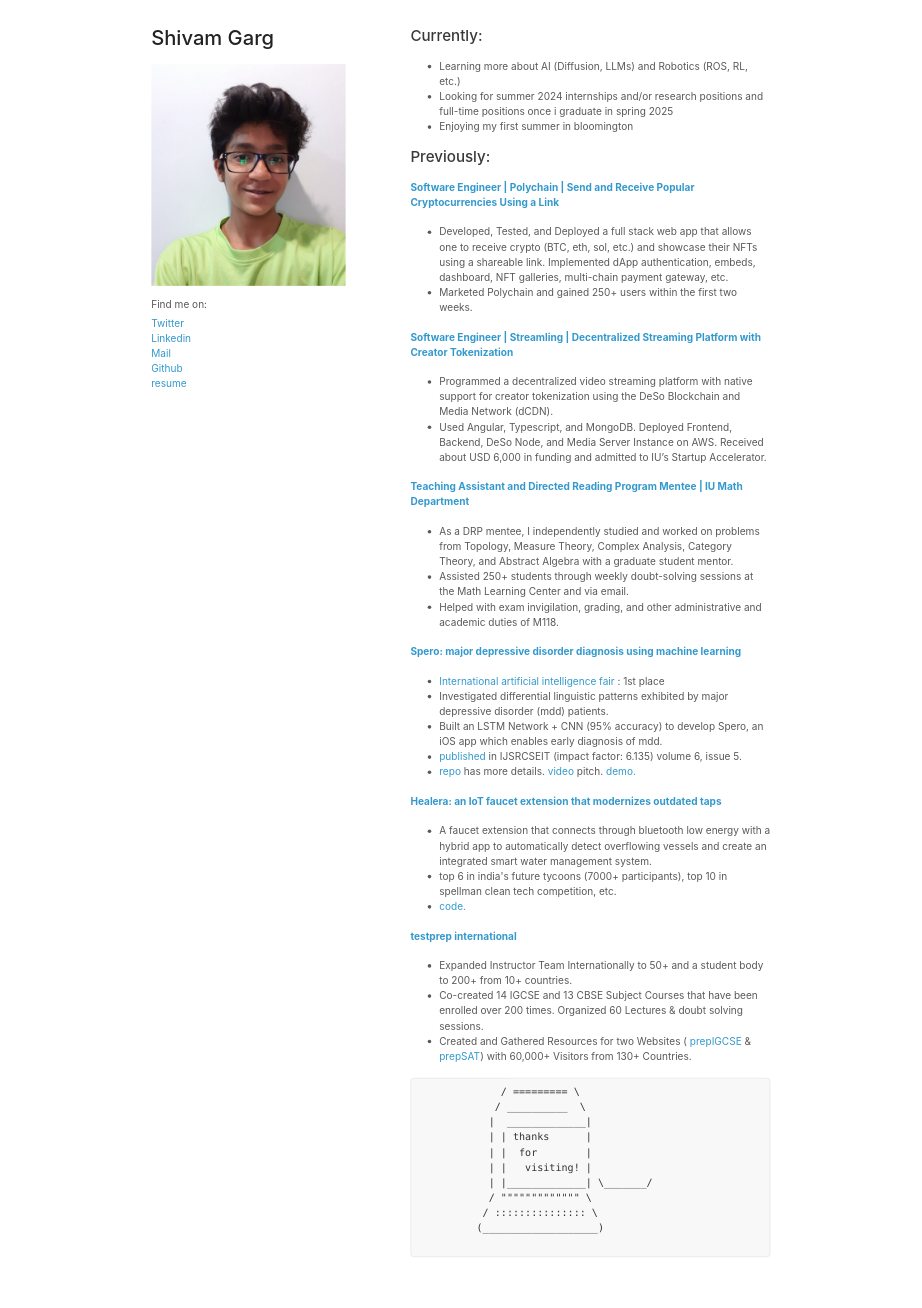
Repository: 22shivam/22shivam.github.io
Page: index.html
These files come from the project's save history. The page is drawn as it stood at one moment and after the next save; the edit follows.
The browser window is 1280 px wide. The pictures show the whole page, at 72% of full size.

Above is the page before, as saved 2024-06-17 19:20:20.

### index.html
<!doctype html>
<html>

<head>
  <meta charset="utf-8">
  <meta http-equiv="X-UA-Compatible" content="chrome=1">
  <title>Shivam Garg</title>

  <link rel="apple-touch-icon" sizes="180x180" href="assets/favicon/apple-touch-icon.png">
  <link rel="icon" type="image/png" sizes="32x32" href="assets/favicon/favicon-32x32.png">
  <link rel="icon" type="image/png" sizes="16x16" href="assets/favicon/favicon-16x16.png">
  <link rel="manifest" href="assets/favicon/site.webmanifest">
  <title>Shivam Garg</title>
  <meta charset="utf-8">
  <meta name="description" content="hi i am shivam! i love making and learning about new things">
  <meta name="keywords" content="Shivam Garg, Shivam, Personal Website, smgarg, Shivam Manish Garg">
  <link rel="author" href="https://plus.google.com/{{googlePlusId}}" />
  <!-- TODO: fix link below -->
  <link rel="canonical" href="/" />
  <meta name="author" content="Shivam Garg">


  <link rel="stylesheet" href="css/styles.css">
  <link rel="stylesheet" href="css/pygment_trac.css">
  <meta name="viewport" content="width=device-width">
  <!--[if lt IE 9]>
    <script src="//html5shiv.googlecode.com/svn/trunk/html5.js"></script>
    <![endif]-->
</head>

<body>
  <div class="wrapper">
    <header>
      <h1>Shivam Garg</h1>
      <img src="assets/publicPhoto.jpeg" alt="Shivam Garg" height="" width="">
      <p style="margin-bottom: 5px; margin-top: 10px;">Find me on:</p>
      <div class="view"><a href="https://twitter.com/smgarg_/" target="_blank">Twitter</a></div>
      <div class="view"><a href="https://www.linkedin.com/in/shivammgarg" target="_blank">Linkedin</a></div>
      <div class="view"><a href="mailto:shivamg2604@gmail.com" target="_blank">Mail</a></div>
      <div class="view"><a href="https://github.com/22shivam/" target="_blank">Github</a></div>
      <div class="view"><a href="/resume.pdf" target="_blank">resume</a></div>

    </header>
    <section>
      <h2>Currently:</h2>

      <ul>
        <li>Learning more about AI (Diffusion, LLMs) and Robotics (ROS, RL, etc.)</li>
        <li>Looking for summer 2024 internships and/or research positions and full-time positions once i graduate in
          spring 2025</li>
        <li>Enjoying my first summer in bloomington</li>
      </ul>


      <h2>Previously:</h2>

      <p><a href="#"><b>Software Engineer | Polychain | Send and Receive Popular Cryptocurrencies Using a Link</b></a>
      </p>
      <ul>
        <li> Developed, Tested, and Deployed a full stack web app that allows one to receive crypto (BTC, eth, sol,
          etc.) and
          showcase their NFTs using a shareable link. Implemented dApp authentication, embeds, dashboard, NFT galleries,
          multi-chain payment gateway, etc. </li>
        <li>Marketed Polychain and gained 250+ users within the first two weeks.</li>
      </ul>

      <p><a href="#"><b>Software Engineer | Streamling | Decentralized Streaming Platform with Creator
            Tokenization</b></a></p>
      <ul>
        <li>Programmed a decentralized video streaming platform with native support for creator tokenization using the
          DeSo
          Blockchain and Media Network (dCDN). </li>
        <li>Used Angular, Typescript, and MongoDB. Deployed Frontend, Backend, DeSo Node, and Media Server Instance on
          AWS. Received about USD 6,000 in funding and admitted to IU’s Startup Accelerator.</li>
      </ul>

      <p><a href="#"><b>Teaching Assistant and Directed Reading Program Mentee | IU Math Department</b></a></p>
      <ul>
        <li>As a DRP mentee, I independently studied and worked on problems from Topology, Measure Theory, Complex
          Analysis, Category Theory, and Abstract Algebra with a graduate student mentor. </li>
        <li>Assisted 250+ students through weekly doubt-solving sessions at the Math Learning Center and via email.</li>
        <li>Helped with exam invigilation, grading, and other administrative and academic duties of M118.</li>
      </ul>

      <p><a href="#"><b>Spero: major depressive disorder diagnosis using machine learning</b></a></p>
      <ul>
        <li><a href="https://www.facebook.com/watch/?v=3315503535234343" target="_blanket">International artificial
            intelligence fair </a>: 1st place</li>
        <li> Investigated differential linguistic patterns exhibited by major depressive disorder (mdd) patients. </li>
        <li> Built an LSTM Network + CNN (95% accuracy) to develop Spero, an iOS app which enables early diagnosis of
          mdd. </li>
        <li> <a href="https://drive.google.com/file/d/13emORumQpy178YOz-o1TLWc3oEMG_0Zk/view?usp=sharing"
            target="_blank">published</a> in IJSRCSEIT (impact factor: 6.135) volume 6, issue 5. </li>
        <li><a href="https://github.com/yumibyte/DepressionAnalysisApp" target="_blank">repo</a> has more details. <a
            href="https://youtu.be/BRpB7O93rG8" target="_blank">video </a>pitch. <a
            href="https://drive.google.com/file/d/1xZBEsI2Kvl0hXr1HkGOkEOxA6GYMHvkU/view?usp=sharing"
            target="_blank">demo.</a></li>
      </ul>

      <p><a href="#"><b>Healera: an IoT faucet extension that modernizes outdated taps</b></a></p>
      <ul>
        <li> A faucet extension that connects through bluetooth low energy with a hybrid app to automatically detect
          overflowing vessels and create an integrated smart water management system. </li>
        <li>top 6 in india's future tycoons (7000+ participants), top 10 in spellman clean tech competition, etc.</li>
        <li><a href="https://create.arduino.cc/editor/shivam26/1d686c51-6e04-4531-b3fc-80d3e8be87ea/preview"
            target="_blank">code.</a> </li>
      </ul>

      <p><a href="https://testprepintl.wixsite.com/testprep" target="_blank"><b>testprep international</b></a></p>
      <ul>
        <li>Expanded Instructor Team Internationally to 50+ and a student body to 200+ from 10+ countries.</li>
        <li>Co-created 14 IGCSE and 13 CBSE Subject Courses that have been enrolled over 200 times. Organized 60
          Lectures & doubt solving sessions. </li>
        <li>Created and Gathered Resources for two Websites ( <a href="https://igcse.school.blog/"
            target="_blank">prepIGCSE</a> & <a href="https://prepsatinfo.wordpress.com/" target="_blank">prepSAT</a>)
          with 60,000+ Visitors from 130+ Countries. </li>
      </ul>

      <!-- <p><a href="https://covidhope.litcot.org/" target="_blank"><b>the covidhope initiative</b></a></p>
      <ul>
        <li>recruited 17 editors and designers for the 216-page anthology and oversaw internal operations.</li>
        <li>released anthology in several online stores.</li>
        <li>recognised by <a
            href="https://www.unmgcy.org/youth-initiatives/2020/9/9/the-covidhope-initiative?fbclid=IwAR1hHeQ0HqLZF7lZqmeBwSabEhB1bpDe8zFZsVwr8dct0wwqOb93iT0AzrM"
            target="_blank">united nations major group for children and youth</a> and WHO's weekly operational update on
          covid-19 (<a
            href="https://www.who.int/publications/m/item/weekly-operational-update-on-covid-19---24-may-2021"
            target="_blank">issue 56</a>, page 7).</li>
      </ul> -->

      <!-- <p><a href="#"><b>this is actually a title placeholder</b></a></p>
        <ul>
            <li>bullet <b>1</b></li>
            <li>bullet 2</li>
            <li>bullet 3</li>
        </ul> -->

      <!-- <h1>essays:</h1>
      &#10024; fun stuff coming soon &#10024;
      <br>
      <br>

      <h1>reading list</h1>
      <ul>
        <li>the psychology of money by morgan housel </li>
        <li>the almanack of naval ravikant by eric jorgenson</li>
      </ul> -->

      <!-- <h1>random:</h1>
          <ul>
            <li>random 1:</li>
            <li>random 2:</li>
            <li>random 3:</li>
          </ul>

          <h1>features:</h1>
          <ul>
            <li>feature 1:</li>
            <li>feature 2:</li>
            <li>feature 3:</li>
          </ul>

          <h1>gallery:</h1>
          <ul>
            <li>feature 1:</li>
            <li>feature 2:</li>
            <li>feature 3:</li>
          </ul> -->




      <pre>
             / ========= \
            / __________  \
           |  _____________|
           | | thanks      |
           | |  for        |
           | |   visiting! |
           | |_____________| \_______/
           / """"""""""""" \
          / ::::::::::::::: \
         (___________________)
        </pre>
    </section>
    <footer>
      <!-- <p><small>Last Updated: August 21, 2021</small></p> -->
    </footer>
  </div>
  <script src="js/scale.fix.js"></script>
</body>

</html>

### css/styles.css
body {
  background-color: #fff;
  padding:30px;
  font: 14px/1.5 -apple-system, BlinkMacSystemFont, "Segoe UI", Roboto, Oxygen, Ubuntu, Cantarell, "Fira Sans", "Droid Sans", "Helvetica Neue", Arial, sans-serif, "Apple Color Emoji", "Segoe UI Emoji", "Segoe UI Symbol";
  color:#595959;
  font-weight:400;
}

h1, h2, h3, h4, h5, h6 {
  color:#222;
  margin:0 0 20px;
}

p, ul, ol, table, pre, dl {
  margin:0 0 20px;
}

h1, h2, h3 {
  line-height:1.1;
}

h1 {
  font-size:28px;
  font-weight: 500;
}

h2 {
  color:#393939;
  font-weight: 500;
}

h3, h4, h5, h6 {
  color:#494949;
  font-weight: 500;
}

a {
  color:#39c;
  text-decoration:none;
}

a:hover {
  color:#069;
}

a small {
  font-size:11px;
  color:#777;
  margin-top:-0.3em;
  display:block;
}

a:hover small {
  color:#777;
}

.wrapper {
  width:860px;
  margin:0 auto;
}

blockquote {
  border-left:1px solid #e5e5e5;
  margin:0;
  padding:0 0 0 20px;
  font-style:italic;
}

code, pre {
  font-family:Monaco, Bitstream Vera Sans Mono, Lucida Console, Terminal, Consolas, Liberation Mono, DejaVu Sans Mono, Courier New, monospace;
  color:#333;
}

pre {
  padding:8px 15px;
  background: #f8f8f8;
  border-radius:5px;
  border:1px solid #e5e5e5;
  overflow-x: auto;
}

table {
  width:100%;
  border-collapse:collapse;
}

th, td {
  text-align:left;
  padding:5px 10px;
  border-bottom:1px solid #e5e5e5;
}

dt {
  color:#444;
  font-weight:500;
}

th {
  color:#444;
}

img {
  max-width:100%;
}

header {
  width:270px;
  float:left;
  position:fixed;
  -webkit-font-smoothing:subpixel-antialiased;
}

header ul {
  list-style:none;
  height:40px;
  padding:0;
  background: #f4f4f4;
  border-radius:5px;
  border:1px solid #e0e0e0;
  width:270px;
}

header li {
  width:89px;
  float:left;
  border-right:1px solid #e0e0e0;
  height:40px;
}

header li:first-child a {
  border-radius:5px 0 0 5px;
}

header li:last-child a {
  border-radius:0 5px 5px 0;
}

header ul a {
  line-height:1;
  font-size:11px;
  color:#999;
  display:block;
  text-align:center;
  padding-top:6px;
  height:34px;
}

header ul a:hover {
  color:#999;
}

header ul a:active {
  background-color:#f0f0f0;
}

strong {
  color:#222;
  font-weight:500;
}

header ul li + li + li {
  border-right:none;
  width:89px;
}

header ul a strong {
  font-size:14px;
  display:block;
  color:#222;
}

section {
  width:500px;
  float:right;
  padding-bottom:50px;
}

small {
  font-size:11px;
}

hr {
  border:0;
  background:#e5e5e5;
  height:1px;
  margin:0 0 20px;
}

footer {
  width:270px;
  float:left;
  position:fixed;
  bottom:50px;
  -webkit-font-smoothing:subpixel-antialiased;
}

@media print, screen and (max-width: 960px) {

  div.wrapper {
    width:auto;
    margin:0;
  }

  header, section, footer {
    float:none;
    position:static;
    width:auto;
  }

  header {
    padding-right:320px;
  }

  section {
    border:1px solid #e5e5e5;
    border-width:1px 0;
    padding:20px 0;
    margin:0 0 20px;
  }

  header a small {
    display:inline;
  }

  header ul {
    position:absolute;
    right:50px;
    top:52px;
  }
}

@media print, screen and (max-width: 720px) {
  body {
    word-wrap:break-word;
  }

  header {
    padding:0;
  }

  header ul, header p.view {
    position:static;
  }

  pre, code {
    word-wrap:normal;
  }
}

@media print, screen and (max-width: 480px) {
  body {
    padding:15px;
  }

  header ul {
    width:99%;
  }

  header li, header ul li + li + li {
    width:33%;
  }
}

@media print {
  body {
    padding:0.4in;
    font-size:12pt;
    color:#444;
  }
}

### css/pygment_trac.css
.highlight  { background: #ffffff; }
.highlight .c { color: #999988; font-style: italic } /* Comment */
.highlight .err { color: #a61717; background-color: #e3d2d2 } /* Error */
.highlight .k { font-weight: bold } /* Keyword */
.highlight .o { font-weight: bold } /* Operator */
.highlight .cm { color: #999988; font-style: italic } /* Comment.Multiline */
.highlight .cp { color: #999999; font-weight: bold } /* Comment.Preproc */
.highlight .c1 { color: #999988; font-style: italic } /* Comment.Single */
.highlight .cs { color: #999999; font-weight: bold; font-style: italic } /* Comment.Special */
.highlight .gd { color: #000000; background-color: #ffdddd } /* Generic.Deleted */
.highlight .gd .x { color: #000000; background-color: #ffaaaa } /* Generic.Deleted.Specific */
.highlight .ge { font-style: italic } /* Generic.Emph */
.highlight .gr { color: #aa0000 } /* Generic.Error */
.highlight .gh { color: #999999 } /* Generic.Heading */
.highlight .gi { color: #000000; background-color: #ddffdd } /* Generic.Inserted */
.highlight .gi .x { color: #000000; background-color: #aaffaa } /* Generic.Inserted.Specific */
.highlight .go { color: #888888 } /* Generic.Output */
.highlight .gp { color: #555555 } /* Generic.Prompt */
.highlight .gs { font-weight: bold } /* Generic.Strong */
.highlight .gu { color: #800080; font-weight: bold; } /* Generic.Subheading */
.highlight .gt { color: #aa0000 } /* Generic.Traceback */
.highlight .kc { font-weight: bold } /* Keyword.Constant */
.highlight .kd { font-weight: bold } /* Keyword.Declaration */
.highlight .kn { font-weight: bold } /* Keyword.Namespace */
.highlight .kp { font-weight: bold } /* Keyword.Pseudo */
.highlight .kr { font-weight: bold } /* Keyword.Reserved */
.highlight .kt { color: #445588; font-weight: bold } /* Keyword.Type */
.highlight .m { color: #009999 } /* Literal.Number */
.highlight .s { color: #d14 } /* Literal.String */
.highlight .na { color: #008080 } /* Name.Attribute */
.highlight .nb { color: #0086B3 } /* Name.Builtin */
.highlight .nc { color: #445588; font-weight: bold } /* Name.Class */
.highlight .no { color: #008080 } /* Name.Constant */
.highlight .ni { color: #800080 } /* Name.Entity */
.highlight .ne { color: #990000; font-weight: bold } /* Name.Exception */
.highlight .nf { color: #990000; font-weight: bold } /* Name.Function */
.highlight .nn { color: #555555 } /* Name.Namespace */
.highlight .nt { color: #000080 } /* Name.Tag */
.highlight .nv { color: #008080 } /* Name.Variable */
.highlight .ow { font-weight: bold } /* Operator.Word */
.highlight .w { color: #bbbbbb } /* Text.Whitespace */
.highlight .mf { color: #009999 } /* Literal.Number.Float */
.highlight .mh { color: #009999 } /* Literal.Number.Hex */
.highlight .mi { color: #009999 } /* Literal.Number.Integer */
.highlight .mo { color: #009999 } /* Literal.Number.Oct */
.highlight .sb { color: #d14 } /* Literal.String.Backtick */
.highlight .sc { color: #d14 } /* Literal.String.Char */
.highlight .sd { color: #d14 } /* Literal.String.Doc */
.highlight .s2 { color: #d14 } /* Literal.String.Double */
.highlight .se { color: #d14 } /* Literal.String.Escape */
.highlight .sh { color: #d14 } /* Literal.String.Heredoc */
.highlight .si { color: #d14 } /* Literal.String.Interpol */
.highlight .sx { color: #d14 } /* Literal.String.Other */
.highlight .sr { color: #009926 } /* Literal.String.Regex */
.highlight .s1 { color: #d14 } /* Literal.String.Single */
.highlight .ss { color: #990073 } /* Literal.String.Symbol */
.highlight .bp { color: #999999 } /* Name.Builtin.Pseudo */
.highlight .vc { color: #008080 } /* Name.Variable.Class */
.highlight .vg { color: #008080 } /* Name.Variable.Global */
.highlight .vi { color: #008080 } /* Name.Variable.Instance */
.highlight .il { color: #009999 } /* Literal.Number.Integer.Long */

.type-csharp .highlight .k { color: #0000FF }
.type-csharp .highlight .kt { color: #0000FF }
.type-csharp .highlight .nf { color: #000000; font-weight: normal }
.type-csharp .highlight .nc { color: #2B91AF }
.type-csharp .highlight .nn { color: #000000 }
.type-csharp .highlight .s { color: #A31515 }
.type-csharp .highlight .sc { color: #A31515 }

Loaded but not shown: js/scale.fix.js (common file)

After the next save:
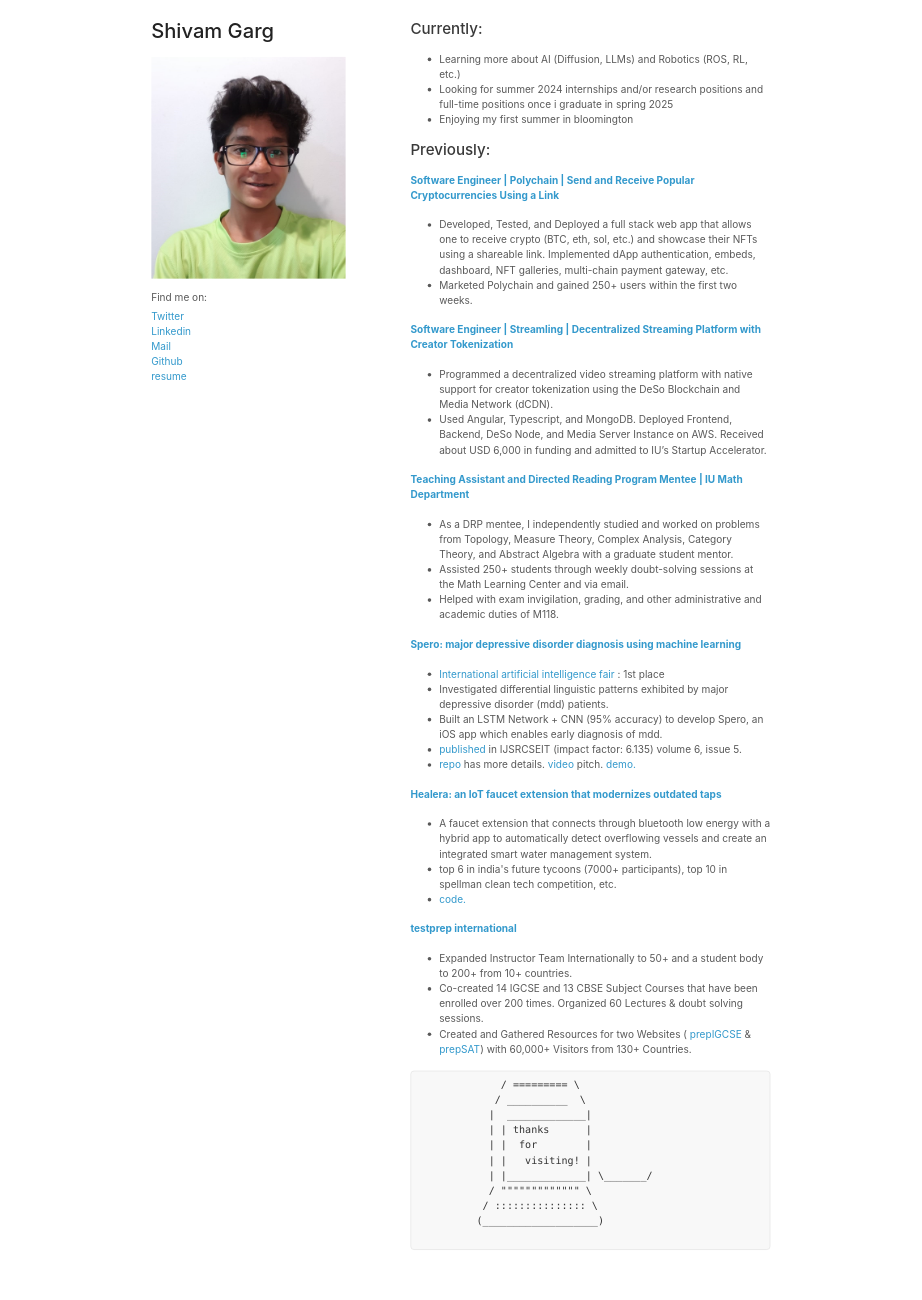
Saved 4 s later.
--- a/css/styles.css
+++ b/css/styles.css
@@ -1,6 +1,6 @@
 body {
   background-color: #fff;
-  padding:30px;
+  padding:20px;
   font: 14px/1.5 -apple-system, BlinkMacSystemFont, "Segoe UI", Roboto, Oxygen, Ubuntu, Cantarell, "Fira Sans", "Droid Sans", "Helvetica Neue", Arial, sans-serif, "Apple Color Emoji", "Segoe UI Emoji", "Segoe UI Symbol";
   color:#595959;
   font-weight:400;
